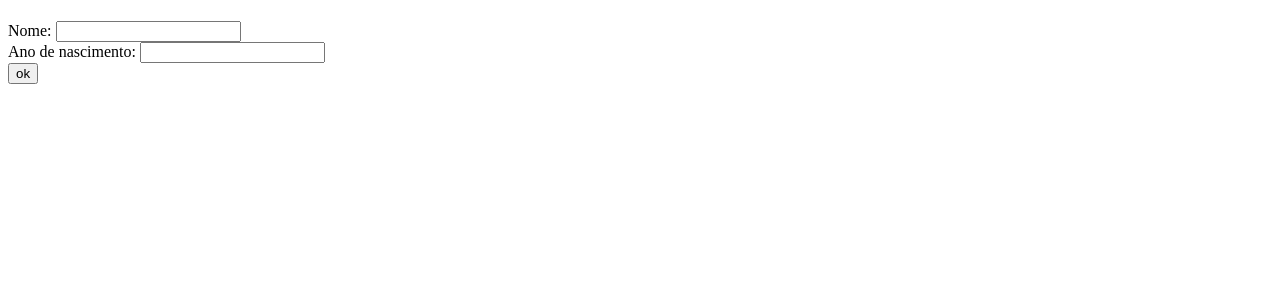
Repository: mduarte23/Sistemas_Informacao
Page: http://localhost/OlaMundo/formulario/futebol/formulario.jsp
These files come from the project's save history. The page is drawn as it stood at one moment and after a run of saves; the edit follows.
The browser window is 1280 px wide. The pictures show the whole page.
The page is served by Tomcat 10. Other server files are loaded and not shown.

Above is the page before, as saved 2024-08-14 23:02:24.

### 4_Periodo/Eclipse/OlaMundo/src/main/webapp/formulario/futebol/formulario.jsp
<%@ page language="java" contentType="text/html; charset=UTF-8"
    pageEncoding="UTF-8"%>
<!DOCTYPE html>
<html>
<head>
<meta charset="UTF-8">
<title>Insert title here</title>
</head>
<body>
	<h1></h1>

	<form action="resposta1.jsp" method="post">
		Nome:
		<input type= "text" name = "nome"/>
		<br/>
		Ano de nascimento:
		<input type= "text" name = "ano"/>
		<br/>
		<input type="submit" value= "ok"/>
	</form>
</body>
</html>

After the next 2 saves:
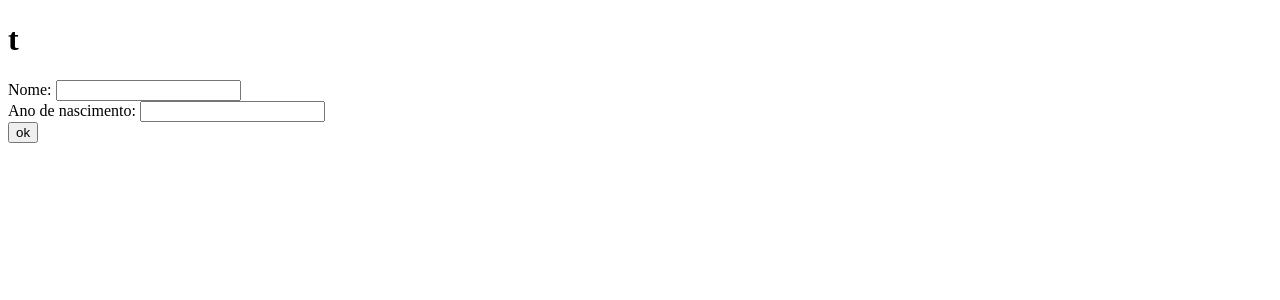
The 2 saves are shown as one change because they came seconds apart.
The last was saved 13 s later.
--- a/4_Periodo/Eclipse/OlaMundo/src/main/webapp/formulario/futebol/formulario.jsp
+++ b/4_Periodo/Eclipse/OlaMundo/src/main/webapp/formulario/futebol/formulario.jsp
@@ -7,7 +7,7 @@
 <title>Insert title here</title>
 </head>
 <body>
-	<h1></h1>
+	<h1>t</h1>
 
 	<form action="resposta1.jsp" method="post">
 		Nome:

After the save that followed:
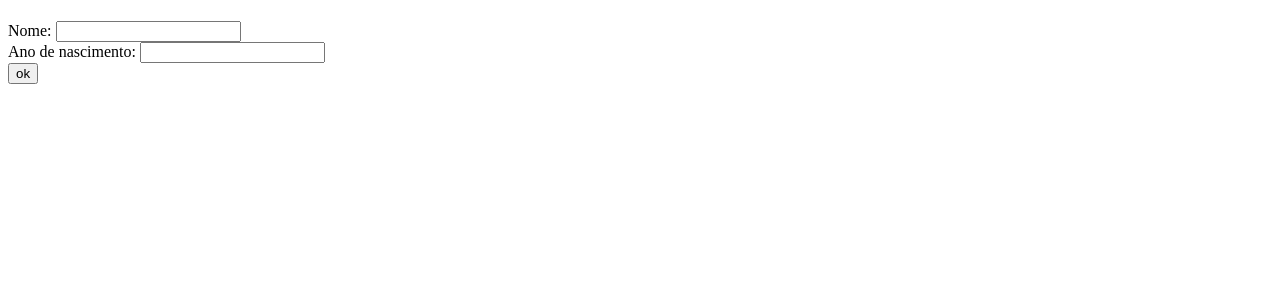
Saved 6 s later.
--- a/4_Periodo/Eclipse/OlaMundo/src/main/webapp/formulario/futebol/formulario.jsp
+++ b/4_Periodo/Eclipse/OlaMundo/src/main/webapp/formulario/futebol/formulario.jsp
@@ -7,7 +7,7 @@
 <title>Insert title here</title>
 </head>
 <body>
-	<h1>t</h1>
+	<h1></h1>
 
 	<form action="resposta1.jsp" method="post">
 		Nome:
